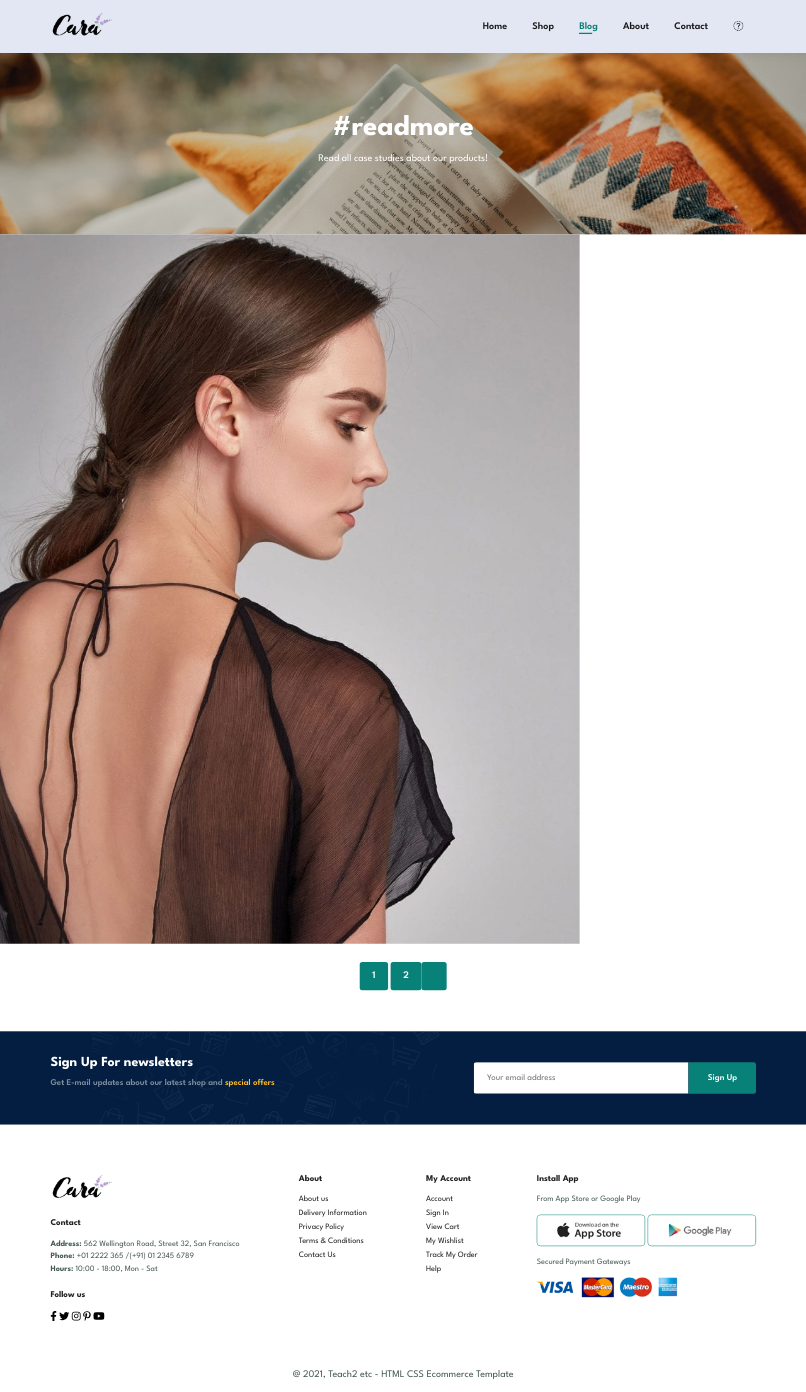
Repository: quy261001/cara
Page: blog.html
The author's editor kept a copy of each file at every save. The page is drawn from the files as they stood at one save, then again after the next save.
The browser window is 1280 px wide. The pictures show the whole page, at 63% of full size.

Above is the page before, as saved 2022-05-03 22:13:42.

After the next save:
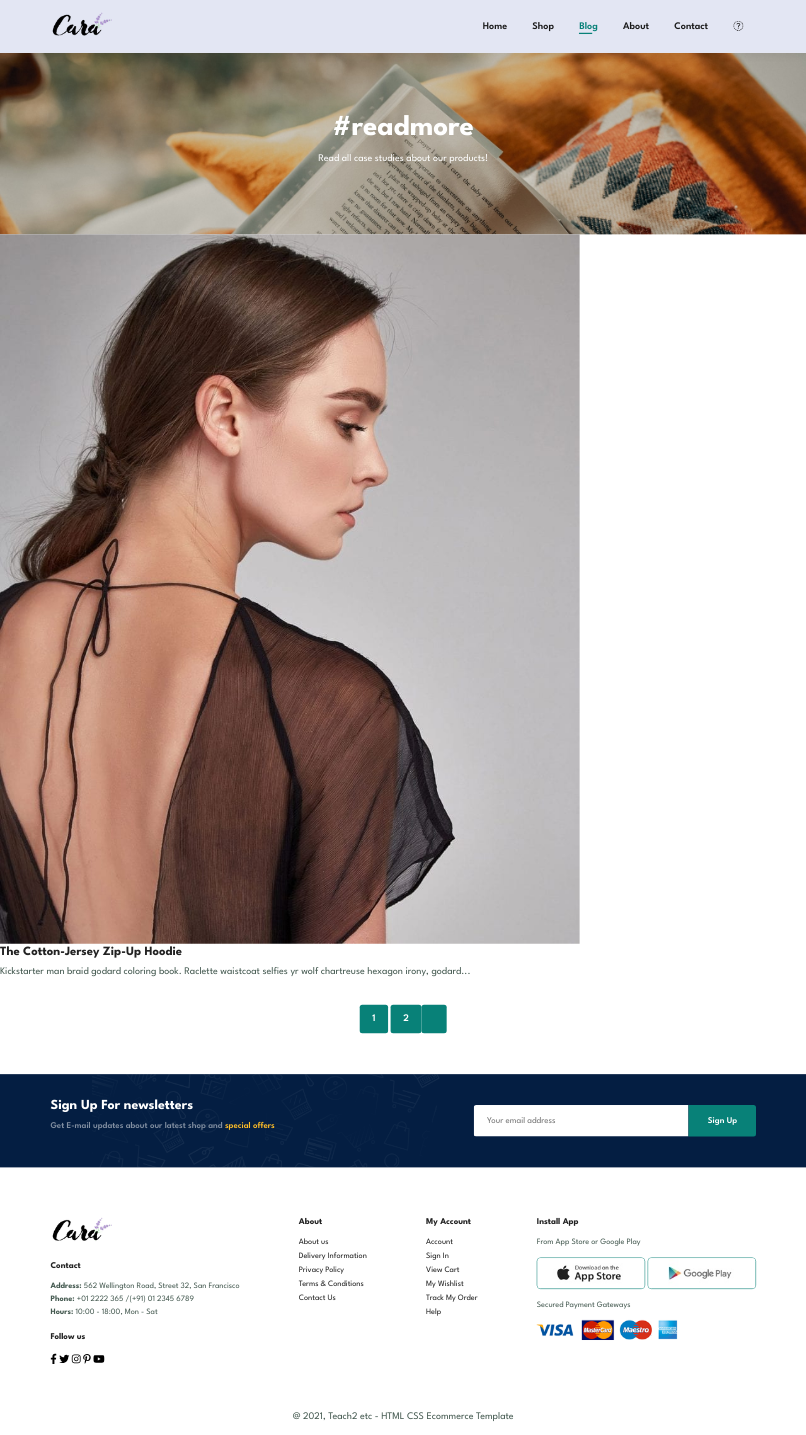
Saved 2 min 19 s later.
--- a/blog.html
+++ b/blog.html
@@ -40,7 +40,10 @@
       <div class="blog-img">
         <img src="img/blog/b1.jpg" alt="">
       </div>
-      <div class="blog-details"></div>
+      <div class="blog-details">
+        <h4>The Cotton-Jersey Zip-Up Hoodie</h4>
+        <p>Kickstarter man braid godard coloring book. Raclette waistcoat selfies yr wolf chartreuse hexagon irony, godard...</p>
+      </div>
     </div>
   </section>
 
